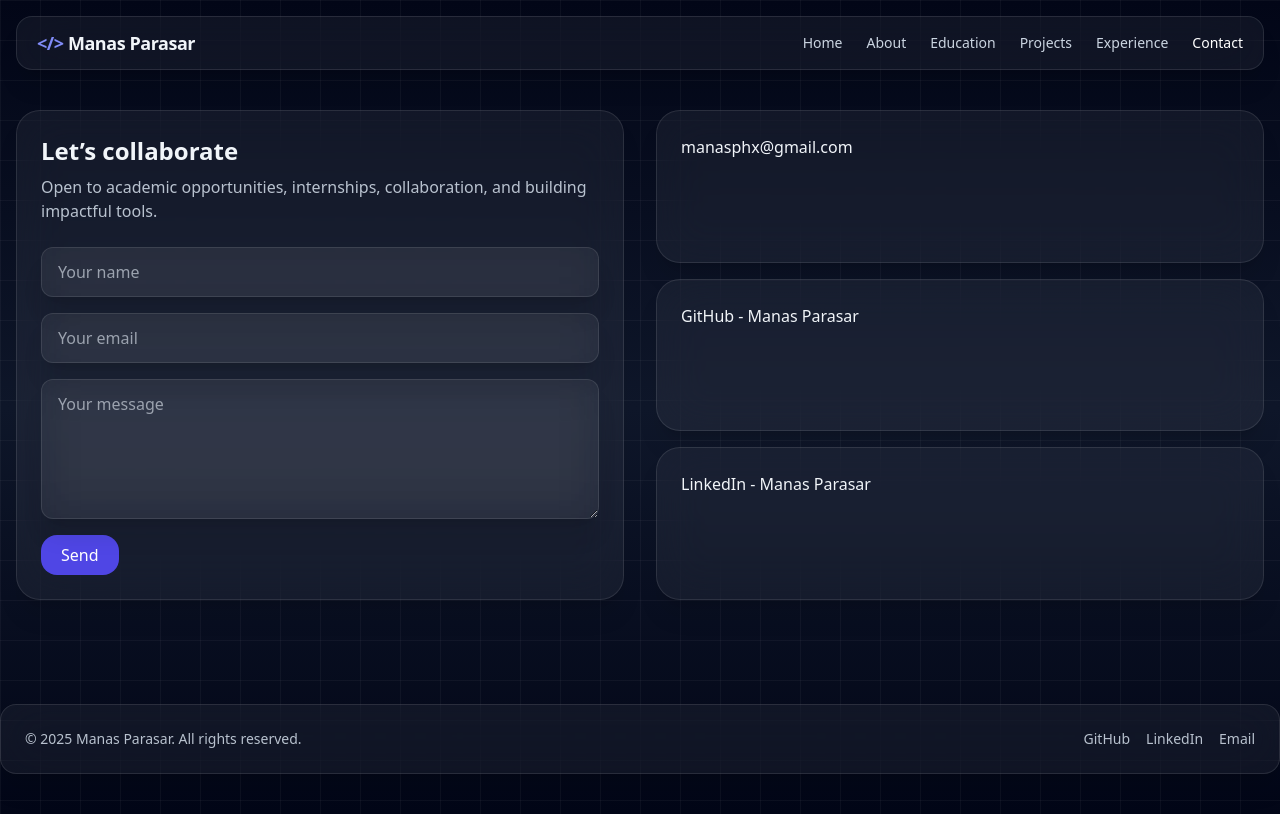
Repository: Manas-Parasar/portfolio-manas-parasar
Page: /contact
The author's editor kept a copy of each file at every save. The page is drawn from the files as they stood at one save, then again after the next save.
The browser window is 1280 px wide. The pictures show the whole page.
The project was rebuilt for these pictures with package versions that can differ from the ones it lists, and the page was loaded fresh each time. Also part of the build but not shown: vite.config.js, src/components/Hero.jsx, src/components/Section.jsx, src/components/ProjectCard.jsx, src/pages/Home.jsx, src/pages/About.jsx, src/pages/Projects.jsx, src/components/TimelineItem.jsx and 1 more. Imported but missing from the stored project, and not drawn on this page: src/assets/Manas Parasar Resume.pdf.

Above is the page before, as saved 2025-08-23 00:26:24.

### index.html
<!DOCTYPE html>
<html lang="en">
  <head>
    <meta charset="UTF-8" />
    <meta name="viewport" content="width=device-width, initial-scale=1.0" />
    <title>Manas Parasar Portfolio</title>
    <meta
      name="description"
      content="Portfolio of Manas Parasar: projects, leadership, research, and impact."
    />
    <link rel="icon" href="/PortfolioFavicon.png" />
  </head>
  <body
    class="min-h-screen bg-gradient-to-b from-slate-950 via-slate-900 to-slate-950 text-slate-100"
  >
    <div id="root"></div>
    <script type="module" src="/src/main.jsx"></script>
  </body>
</html>

### src/main.jsx
import { BrowserRouter } from "react-router-dom";
import "./index.css";
import React from "react";
import ReactDOM from "react-dom/client";
import App from "./App";

ReactDOM.createRoot(document.getElementById("root")).render(
  <React.StrictMode>
    <BrowserRouter>
      <App />
    </BrowserRouter>
  </React.StrictMode>
);

### src/index.css
@tailwind base;
@tailwind components;
@tailwind utilities;

html,
body {
  margin: 0;
  padding: 0;
  box-sizing: border-box;
  overscroll-behavior: none;
  overflow-x: hidden;
}

html {
  background-color: #0aa345; /* slate-900 */
}

html,
body {
  margin: 0;
  padding: 0;
  box-sizing: border-box;
}

html {
  background-color: #0f172a; /* slate-900 */
}

/* Subtle selection & scrollbar tweaks */
::selection {
  background: #175430;
  color: white;
}
::-webkit-scrollbar {
  width: 10px;
}
::-webkit-scrollbar-thumb {
  background: rgba(148, 184, 155, 0.4);
  border-radius: 999px;
}

/* Reusable utilities */
@layer utilities {
  .glass {
    @apply bg-white/5 backdrop-blur-xl border border-white/10 shadow-xl;
  }
  .btn {
    @apply inline-flex items-center gap-2 rounded-2xl px-5 py-2 font-medium transition;
  }
  .btn-primary {
    @apply btn bg-brand-600 hover:bg-brand-500 text-white;
  }
  .btn-ghost {
    @apply btn glass hover:bg-white/10;
  }
  .headline {
    @apply text-4xl md:text-5xl font-extrabold tracking-tight;
  }
  .subtle {
    @apply text-slate-300/90;
  }
}

### src/App.jsx
import { Routes, Route } from "react-router-dom";
import Navbar from "./components/Navbar";
import Footer from "./components/Footer";
import Home from "./pages/Home";
import About from "./pages/About";
import Projects from "./pages/Projects";
import Experience from "./pages/Experience";
import Contact from "./pages/Contact";
import Education from "./pages/Education";

export default function App() {
  return (
    <div className="min-h-screen flex flex-col bg-grid-sheer bg-grid-sheer bg-[length:40px_40px] overflow-hidden">
      <div className="absolute inset-0 -z-10 opacity-70" aria-hidden>
        <div className="absolute -top-40 -left-40 h-96 w-96 rounded-full bg-brand-500 blur-[120px] opacity-30 animate-float" />
      </div>
      <Navbar />
      <main className="container py-10 flex-grow">
        <Routes>
          <Route path="/" element={<Home />} />
          <Route path="/about" element={<About />} />
          <Route path="/education" element={<Education />} />
          <Route path="/projects" element={<Projects />} />
          <Route path="/experience" element={<Experience />} />
          <Route path="/contact" element={<Contact />} />
        </Routes>
      </main>
      <Footer />
    </div>
  );
}

### src/components/Navbar.jsx
import { Link, NavLink } from "react-router-dom";
import { Menu, X } from "lucide-react";
import { useState } from "react";

export default function Navbar() {
  const [open, setOpen] = useState(false);
  const nav = [
    { to: "/", label: "Home" },
    { to: "/about", label: "About" },
    { to: "/education", label: "Education" },
    { to: "/projects", label: "Projects" },
    { to: "/experience", label: "Experience" },
    { to: "/contact", label: "Contact" },
  ];

  const NavItems = ({ onClick }) => (
    <ul className="flex flex-col md:flex-row gap-4 md:gap-6 text-sm">
      {nav.map((n) => (
        <li key={n.to}>
          <NavLink
            to={n.to}
            onClick={onClick}
            className={({ isActive }) =>
              `transition hover:text-white ${
                isActive ? "text-white" : "text-slate-300"
              }`
            }
          >
            {n.label}
          </NavLink>
        </li>
      ))}
    </ul>
  );

  return (
    <header className="sticky top-0 z-50">
      <div className="container mt-4">
        <div className="glass rounded-2xl px-5 py-3 flex items-center justify-between">
          <Link to="/" className="font-black tracking-tight text-lg">
            <span className="text-brand-400">&lt;/&gt;</span> Manas Parasar
          </Link>
          <nav className="hidden md:block">
            <NavItems />
          </nav>
          <button
            className="md:hidden btn-ghost"
            onClick={() => setOpen(!open)}
            aria-label="Toggle Menu"
          >
            {open ? <X size={20} /> : <Menu size={20} />}
          </button>
        </div>
        {open && (
          <div className="md:hidden mt-2 glass rounded-2xl px-5 py-4">
            <NavItems onClick={() => setOpen(false)} />
          </div>
        )}
      </div>
    </header>
  );
}

### src/components/Footer.jsx
export default function Footer() {
  return (
    <footer className="mt-16 pb-10">
      <div className="container glass rounded-2xl p-6 flex flex-col md:flex-row items-center justify-between gap-4">
        <p className="text-sm subtle">
          © {new Date().getFullYear()} Manas Parasar. All rights reserved.
        </p>
        <div className="text-sm subtle flex gap-4">
          <a
            href="https://github.com/"
            target="_blank"
            className="hover:text-white"
          >
            GitHub
          </a>
          <a
            href="https://linkedin.com/"
            target="_blank"
            className="hover:text-white"
          >
            LinkedIn
          </a>
          <a href="mailto:manas@example.com" className="hover:text-white">
            Email
          </a>
        </div>
      </div>
    </footer>
  );
}

### src/pages/Contact.jsx
export default function Contact() {
  return (
    <div className="grid md:grid-cols-2 gap-8">
      <div className="glass rounded-3xl p-6">
        <h2 className="text-2xl font-bold">Let’s collaborate</h2>
        <p className="subtle mt-2">
          Open to academic opportunities, internships, collaboration, and
          building impactful tools.
        </p>
        <form className="mt-6 grid gap-4" onSubmit={(e) => e.preventDefault()}>
          <input
            className="glass rounded-xl px-4 py-3"
            placeholder="Your name"
          />
          <input
            className="glass rounded-xl px-4 py-3"
            placeholder="Your email"
            type="email"
          />
          <textarea
            className="glass rounded-xl px-4 py-3 min-h-[140px]"
            placeholder="Your message"
          />
          <button className="btn-primary w-fit">Send</button>
        </form>
      </div>
      <div className="grid gap-4">
        <a
          className="glass rounded-3xl p-6 hover:shadow-glow transition"
          href="mailto:manas@example.com"
        >
          manasphx@gmail.com
        </a>
        <a
          className="glass rounded-3xl p-6 hover:shadow-glow transition"
          href="https://github.com/"
          target="_blank"
        >
          GitHub - Manas Parasar
        </a>
        <a
          className="glass rounded-3xl p-6 hover:shadow-glow transition"
          href="https://www.linkedin.com/in/manas-parasar-60188037b/"
          target="_blank"
        >
          LinkedIn - Manas Parasar
        </a>
      </div>
    </div>
  );
}

### src/pages/Education.jsx
import { FaJava } from "react-icons/fa";
import {
  SiJavascript,
  SiReact,
  SiPython,
  SiFirebase,
  SiTailwindcss,
  SiGit,
  SiHtml5,
  SiCss3,
  SiCplusplus,
} from "react-icons/si";
import React from "react";

const skills = [
  { name: "Java", icon: <FaJava />, color: "text-red-500" },
  { name: "React", icon: <SiReact />, color: "text-blue-500" },
  { name: "Python", icon: <SiPython />, color: "text-yellow-500" },
  { name: "Firebase", icon: <SiFirebase />, color: "text-yellow-400" },
  { name: "Tailwind", icon: <SiTailwindcss />, color: "text-teal-500" },
  { name: "Git", icon: <SiGit />, color: "text-orange-600" },
  { name: "HTML", icon: <SiHtml5 />, color: "text-orange-500" },
  { name: "CSS", icon: <SiCss3 />, color: "text-blue-600" },
  { name: "JavaScript", icon: <SiJavascript />, color: "text-yellow-300" },
  { name: "C++", icon: <SiCplusplus />, color: "text-blue-700" },
];

export default function Education() {
  return (
    <div className="space-y-6">
      <div className="glass rounded-3xl p-6 hover:shadow-glow transition">
        <h3 className="font-semibold mb-2 text-2xl text-brand-400">College</h3>
        <div className="subtle">
          <p className="font-bold">Paradise Valley Community College</p>
          <p>Associate of Science in Computer Science</p>
          <p>Expected Graduation: May 2026</p>
          <br />
          <p>Associate of Science in Physics</p>
          <p>Expected Graduation: May 2026</p>
          <br />
          <p>Associate of Arts in Mathematics</p>
          <p>Expected Graduation: May 2026</p>
        </div>
      </div>
      <div className="glass rounded-3xl p-6 hover:shadow-glow transition">
        <h3 className="font-semibold mb-2 text-2xl text-brand-400">
          High School
        </h3>
        <div className="subtle">
          <p className="font-bold">
            Arizona Agribusiness & Equine Center - Paradise Valley
          </p>
          <p>High School Diploma</p>
          <p>May 2026</p>
          <p>Phoenix, AZ</p>
        </div>
      </div>
      <div className="glass rounded-3xl p-6 hover:shadow-glow transition">
        <h3 className="font-semibold mb-2 text-2xl text-brand-400">
          Academics & Scores
        </h3>
        <ul className="subtle list-disc list-inside space-y-1">
          <li>Digital SAT: 1530 (770 Math, 760 English)</li>
          <li>ACT: 35 (36 Math, 36 Science, 36 English, 33 Reading)</li>
          <li>GPA: 4.00 (Unweighted)</li>
        </ul>
      </div>
      <div className="glass rounded-3xl p-6 hover:shadow-glow transition">
        <h3 className="font-semibold mb-2 text-2xl text-brand-400">
          Related Coursework
        </h3>
        <div className="grid grid-cols-1 md:grid-cols-2 gap-4 subtle">
          <div>
            <ul className="list-disc list-inside space-y-1">
              <li>Geometry 1-2</li>
              <li>Algebra 3-4</li>
              <li>Pre-Calculus 1-2</li>
              <li>College Algebra/Functions (MAT151)</li>
              <li>Calculus with Analytical Geometry I (MAT220)</li>
              <li>Calculus with Analytical Geometry II (MAT230)</li>
              <li>Biology 1-2</li>
            </ul>
          </div>
          <div>
            <ul className="list-disc list-inside space-y-1">
              <li>Chemistry 1-2</li>
              <li>University Physics I: Mechanics (PHY121)</li>
              <li>Introduction to Computer Science (Java) (CSC110AB)</li>
              <li>
                Object Oriented Programming and Data Structures (CSC205AC)
              </li>
              <li>Digital Design Fundamentals (CSC120)</li>
              <li>
                Introduction to Different Programming Languages (CSC240AA)
              </li>
              <li>Introduction to Logic (PHI103)</li>
            </ul>
          </div>
        </div>
      </div>
      <div className="glass rounded-3xl p-6 hover:shadow-glow transition">
        <h3 className="font-semibold mb-2 text-2xl text-brand-400">Skills</h3>
        <div className="grid grid-cols-2 md:grid-cols-4 gap-4">
          {skills.map((skill, index) => (
            <React.Fragment key={skill.name}>
              {index === 8 && <div className="hidden md:block col-span-1" />}
              <div className="flex items-center gap-4 bg-white/5 p-4 rounded-lg transition-all duration-300 ease-in-out hover:bg-white/10 hover:scale-105 hover:shadow-glow">
                <div className={`text-4xl ${skill.color}`}>{skill.icon}</div>
                <div>
                  <h4 className="font-bold">{skill.name}</h4>
                </div>
              </div>
            </React.Fragment>
          ))}
        </div>
      </div>
    </div>
  );
}

### tailwind.config.js
/** @type {import('tailwindcss').Config} */
export default {
  content: ["./index.html", "./src/**/*.{js,jsx,ts,tsx}"],
  theme: {
    extend: {
      container: { center: true, padding: "1rem" },
      fontFamily: {
        display: ["Inter", "ui-sans-serif", "system-ui"],
      },
      colors: {
        brand: {
          50: "#eef2ff",
          100: "#e0e7ff",
          200: "#c7d2fe",
          300: "#a5b4fc",
          400: "#818cf8",
          500: "#6366f1",
          600: "#4f46e5",
          700: "#4338ca",
          800: "#3730a3",
          900: "#312e81",
        },
      },
      boxShadow: {
        glow: "0 0 0 0 rgba(99,102,241,0.5), 0 0 80px 10px rgba(99,102,241,0.25)",
      },
      backgroundImage: {
        "grid-sheer":
          "linear-gradient(rgba(255,255,255,0.04) 1px, transparent 1px), linear-gradient(90deg, rgba(255,255,255,0.04) 1px, transparent 1px)",
      },
      backgroundSize: {
        "grid-sheer": "40px 40px",
      },
      animation: {
        float: "float 6s ease-in-out infinite",
        shimmer: "shimmer 4s linear infinite",
      },
      keyframes: {
        float: {
          "0%, 100%": { transform: "translateY(0px)" },
          "50%": { transform: "translateY(-10px)" },
        },
        shimmer: {
          "0%": { backgroundPosition: "-200% 0" },
          "100%": { backgroundPosition: "200% 0" },
        },
      },
    },
  },
  plugins: [],
};

After the next save:
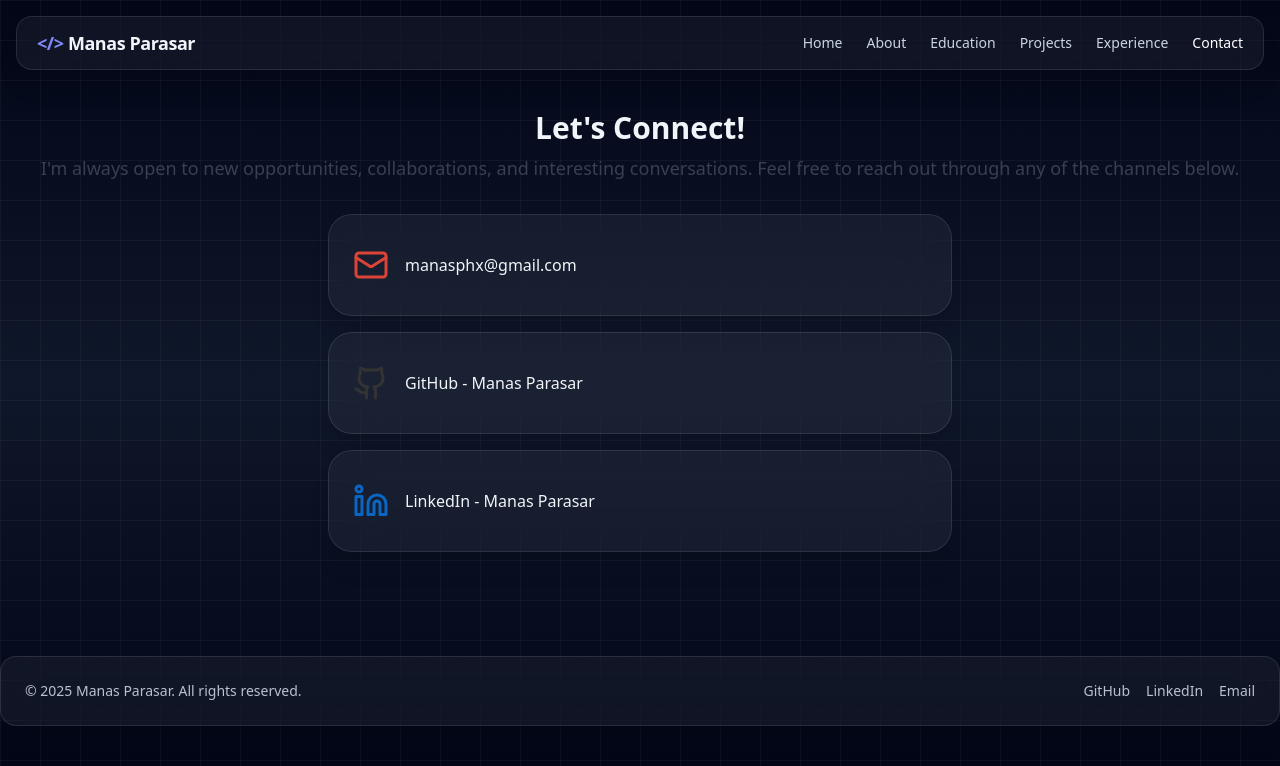
Saved 21 h 7 min later.
--- a/src/pages/Contact.jsx
+++ b/src/pages/Contact.jsx
@@ -1,49 +1,40 @@
+import { Mail, Github, Linkedin } from "lucide-react"; // Import icons
+
 export default function Contact() {
   return (
-    <div className="grid md:grid-cols-2 gap-8">
-      <div className="glass rounded-3xl p-6">
-        <h2 className="text-2xl font-bold">Let’s collaborate</h2>
-        <p className="subtle mt-2">
-          Open to academic opportunities, internships, collaboration, and
-          building impactful tools.
+    <div className="flex flex-col gap-8">
+      <div className="text-center">
+        <h2 className="text-3xl font-bold mb-2">Let's Connect!</h2>
+        <p className="text-lg text-gray-700 dark:text-gray-300">
+          I'm always open to new opportunities, collaborations, and interesting
+          conversations. Feel free to reach out through any of the channels
+          below.
         </p>
-        <form className="mt-6 grid gap-4" onSubmit={(e) => e.preventDefault()}>
-          <input
-            className="glass rounded-xl px-4 py-3"
-            placeholder="Your name"
-          />
-          <input
-            className="glass rounded-xl px-4 py-3"
-            placeholder="Your email"
-            type="email"
-          />
-          <textarea
-            className="glass rounded-xl px-4 py-3 min-h-[140px]"
-            placeholder="Your message"
-          />
-          <button className="btn-primary w-fit">Send</button>
-        </form>
       </div>
-      <div className="grid gap-4">
+      <div className="grid gap-4 justify-items-center">
         <a
-          className="glass rounded-3xl p-6 hover:shadow-glow transition"
-          href="mailto:manas@example.com"
+          className="glass rounded-3xl py-8 px-6 hover:shadow-glow transition flex items-center space-x-4 w-1/2"
+          href="mailto:manasphx@gmail.com"
         >
-          manasphx@gmail.com
+          <Mail size={36} color="#DB4437" />
+          <span>manasphx@gmail.com</span>
+        </a>
+
+        <a
+          className="glass rounded-3xl py-8 px-6 hover:shadow-glow transition flex items-center space-x-4 w-1/2"
+          href="https://github.com/Manas-Parasar"
+          target="_blank"
+        >
+          <Github size={36} color="#333" />
+          <span>GitHub - Manas Parasar</span>
         </a>
         <a
-          className="glass rounded-3xl p-6 hover:shadow-glow transition"
-          href="https://github.com/"
-          target="_blank"
-        >
-          GitHub - Manas Parasar
-        </a>
-        <a
-          className="glass rounded-3xl p-6 hover:shadow-glow transition"
+          className="glass rounded-3xl py-8 px-6 hover:shadow-glow transition flex items-center space-x-4 w-1/2"
           href="https://www.linkedin.com/in/manas-parasar-60188037b/"
           target="_blank"
         >
-          LinkedIn - Manas Parasar
+          <Linkedin size={36} color="#0A66C2" />
+          <span>LinkedIn - Manas Parasar</span>
         </a>
       </div>
     </div>
